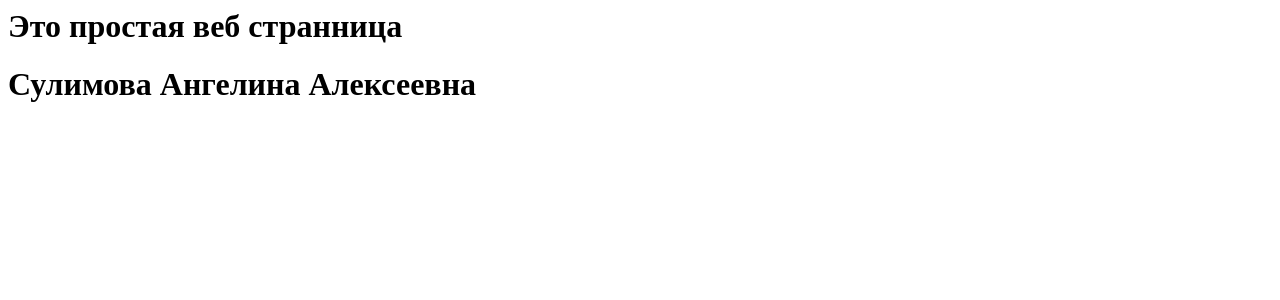
Repository: Angelina-Sulimova/site_lab3
Page: index2.html
These files come from the project's save history. The page is drawn as it stood at one moment and after the next save; the edit follows.
The browser window is 1280 px wide. The pictures show the whole page.

Above is the page before, as saved 2024-10-08 11:46:25.

After the next save:
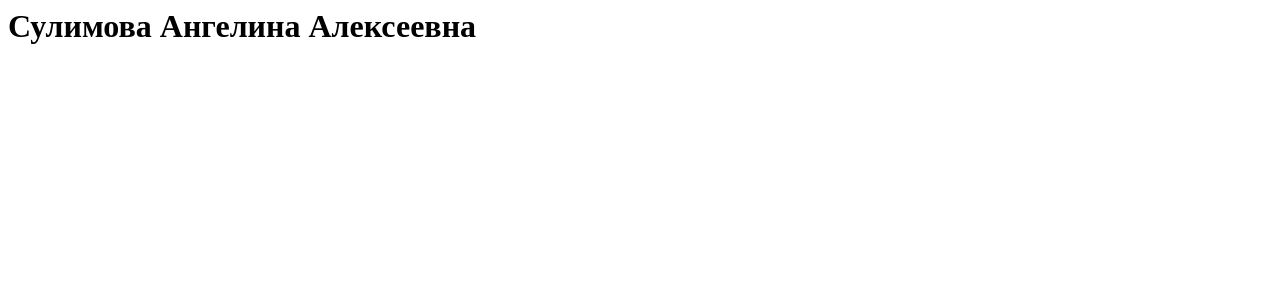
Saved 12 min 10 s later.
--- a/index2.html
+++ b/index2.html
@@ -7,7 +7,7 @@
 </head>
 <body>
 
-<h1>Это простая веб странница</h1>
+
 <h1>Сулимова Ангелина Алексеевна</h1>
 
 </body>

After the save that followed:
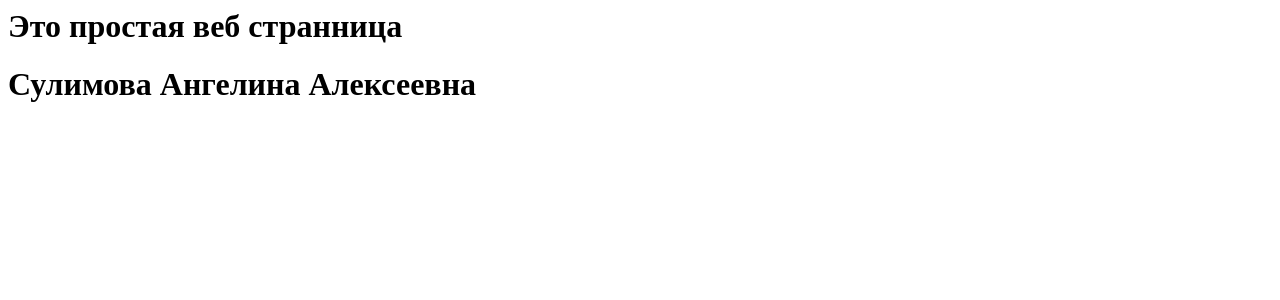
Saved 3 min 25 s later.
--- a/index2.html
+++ b/index2.html
@@ -7,7 +7,7 @@
 </head>
 <body>
 
-
+<h1>Это простая веб странница</h1>
 <h1>Сулимова Ангелина Алексеевна</h1>
 
 </body>
